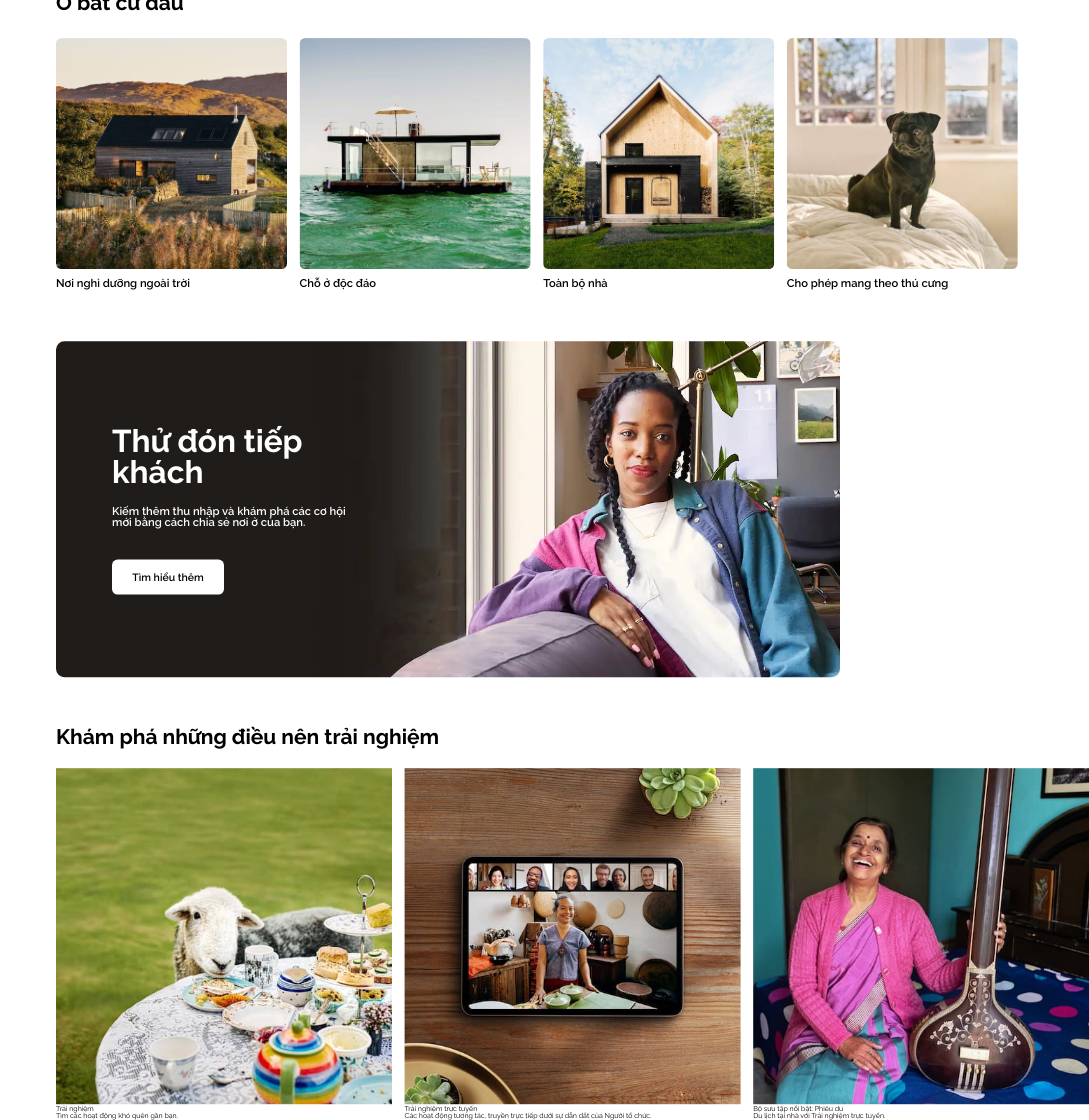
Repository: vanntrong/airbnb-clone
Page: index.html
The author's editor kept a copy of each file at every save. The page is drawn from the files as they stood at one save, then again after the next save.
The browser window is 1280 px wide. The page is 1556 px wide, then 1454 px, so the pictures cover 1556 px, including what lies to the right of the window. The pictures show the part of the page from y = 728 to 2328 px (the page is 2328 px tall before and 2288 px after), at 70% of full size.

Above is the page before, as saved 2021-09-22 19:33:30.

### index.html
<!DOCTYPE html>
<html lang="en">
  <head>
    <meta charset="UTF-8" />
    <meta http-equiv="X-UA-Compatible" content="IE=edge" />
    <meta name="viewport" content="width=device-width, initial-scale=1.0" />
    <title>AirBnB</title>
    <link href="https://fonts.googleapis.com/css2?family=Material+Icons" rel="stylesheet" />
    <link rel="preconnect" href="https://fonts.googleapis.com" />
    <link rel="preconnect" href="https://fonts.gstatic.com" crossorigin />
    <link rel="preconnect" href="https://fonts.googleapis.com" />
    <link rel="preconnect" href="https://fonts.gstatic.com" crossorigin />
    <link
      href="https://fonts.googleapis.com/css2?family=Raleway:wght@200;300;400;500;600;700&display=swap"
      rel="stylesheet"
    />
    <link href="https://fonts.googleapis.com/css2?family=Material+Icons+Outlined" rel="stylesheet" />
    <link href="https://fonts.googleapis.com/css2?family=Material+Icons+Round" rel="stylesheet" />
    <link href="https://fonts.googleapis.com/css2?family=Material+Icons+Sharp" rel="stylesheet" />
    <link href="https://fonts.googleapis.com/css2?family=Material+Icons+Two+Tone" rel="stylesheet" />
    <link rel="stylesheet" href="./assets/css/reset.css" />
    <link rel="stylesheet" href="./assets/css/base.css" />
    <link rel="stylesheet" href="./assets/css/style.css" />
  </head>
  <body>
    <header class="header">
      <div class="header__covid">
        <a href="https://covid19.gov.vn/">Nhận thông tin mới nhất về biện pháp ứng phó COVID-19 của chúng tôi</a>
      </div>
      <div class="header__container">
        <nav class="header__nav">
          <div class="header__logo">
            <a href="" class="header__logo-link">
              <img src="./assets/images/logo.png" alt="Logo AirBnb" class="header__logo-img" />
              <span class="header__logo-name">airbnb</span>
            </a>
          </div>
          <div class="header__exp">
            <ul class="header__exp-list">
              <li class="header__exp-item">
                <div class="header-exp-link active">Nơi ở</div>
              </li>
              <li class="header__exp-item">
                <div class="header-exp-link">Trải nghiệm</div>
              </li>
              <li class="header__exp-item">
                <div class="header-exp-link">Trải nghiệm trực tuyến</div>
              </li>
            </ul>
          </div>
          <div class="header__user">
            <div class="header__user-register">
              <span>Trở thành chủ nhà</span>
            </div>
            <div class="header__user-language">
              <span class="material-icons-outlined"> language </span>
            </div>
            <div class="header__user-menu">
              <span class="material-icons-outlined header__user-icon"> menu </span>
              <img src="./assets/images/user-avatar.png" class="header__user-avatar" />
            </div>
          </div>
        </nav>

        <div class="header__search">
          <div class="header__search-place">
            <h4 class="header__search-text">Địa điểm</h4>
            <input type="text" placeholder="Bạn sắp đi đâu ?" class="header__search-input" />
          </div>
          <div class="header__search-room">
            <h4 class="header__search-text">Nhận phòng</h4>
            <p class="header__add-date">Thêm ngày</p>
          </div>
          <div class="header__search-room">
            <h4 class="header__search-text">Trả phòng</h4>
            <p class="header__add-date">Thêm ngày</p>
          </div>
          <div class="header__search-guest">
            <div class="header__search-wrapper">
              <h4 class="header__search-text">Khách</h4>
              <p class="header__add-date">Thêm khách</p>
            </div>
            <div class="header-guest-search">
              <span class="material-icons-outlined"> search </span>
              <!-- <p class="header-guest-text">Tìm kiếm</p> -->
            </div>
          </div>
        </div>

        <div class="header__title">
          <h2 class="header__title-text">Bạn chưa biết nên đi đâu? Tuyệt!</h2>
          <div class="header__title-btn"><span>Tìm kiếm linh hoạt</span></div>
        </div>
      </div>
    </header>
    <div class="banner">
      <h2 class="banner__heading">Ở bất cứ đâu</h2>
      <div class="banner__container">
        <ul class="banner__list">
          <li class="banner__item">
            <img src="./assets/images/banner/banner1.png" class="banner__item-img" />
            <span class="banner__item-text">Nơi nghỉ dưỡng ngoài trời</span>
          </li>
          <li class="banner__item">
            <img src="./assets/images/banner/banner2.png" class="banner__item-img" />
            <span class="banner__item-text">Chỗ ở độc đáo</span>
          </li>
          <li class="banner__item">
            <img src="./assets/images/banner/banner3.png" class="banner__item-img" />
            <span class="banner__item-text">Toàn bộ nhà</span>
          </li>
          <li class="banner__item">
            <img src="./assets/images/banner/banner4.png" class="banner__item-img" />
            <span class="banner__item-text">Cho phép mang theo thú cưng</span>
          </li>
        </ul>
      </div>
    </div>
    <div class="container">
      <div class="container__top">
        <div class="container__top-title">
          <h2 class="container-title-heading">Thử đón tiếp khách</h2>
          <p class="container-title-text">
            Kiếm thêm thu nhập và khám phá các cơ hội mới bằng cách chia sẻ nơi ở của bạn.
          </p>
          <div class="container-title-btn"><span>Tìm hiểu thêm</span></div>
        </div>
      </div>
      <div class="container__bottom">
        <h2 class="container__bottom-heading">Khám phá những điều nên trải nghiệm</h2>
        <ul class="container__bottom-list">
          <li class="container__bottom-item">
            <img src="./assets/images/container/container__item-1.png" class="container__item-img" />
            <h4 class="container__item-heading">Trải nghiệm</h4>
            <p class="container__item-text">Tìm các hoạt động khó quên gần bạn.</p>
          </li>
          <li class="container__bottom-item">
            <img src="./assets/images/container/container__item-2.png" class="container__item-img" />
            <h4 class="container__item-heading">Trải nghiệm trực tuyến</h4>
            <p class="container__item-text">
              Các hoạt động tương tác, truyền trực tiếp dưới sự dẫn dắt của Người tổ chức.
            </p>
          </li>
          <li class="container__bottom-item">
            <img src="./assets/images/container/container__item-3.png" class="container__item-img" />
            <h4 class="container__item-heading">Bộ sưu tập nổi bật: Phiêu du</h4>
            <p class="container__item-text">Du lịch tại nhà với Trải nghiệm trực tuyến.</p>
          </li>
        </ul>
      </div>
    </div>
    <footer class="footer"></footer>
  </body>
</html>

### assets/css/base.css
html {
  font-family: "Raleway", sans-serif;
  font-size: 62.5%;
}
* {
  box-sizing: border-box;
}

:root {
  --text-color: #484848;
}

### assets/css/style.css
.header {
  width: 100%;
}

.header__covid {
  width: 100%;
  height: 58px;
  background-color: #222;
}

.header__covid a {
  display: inline-block;
  position: relative;
  left: 50%;
  top: 50%;
  transform: translate(-50%, -50%);
  color: #a3a3a3;
  font-size: 1.5rem;
  font-weight: 400;
}

.header__covid a:hover {
  color: #5c5c5c;
}

.header__container {
  width: 100%;
  background-image: url("../images/background.jpg");
  background-size: contain;
  height: 620px;
}

.header__nav {
  padding: 16px 80px;
  display: flex;
  align-items: flex-start;
  justify-content: space-between;
}

.header__logo {
}

.header__logo-link {
  text-decoration: none;
  color: #fff;
  font-size: 2.4rem;
  display: flex;
  align-items: center;
  font-weight: 600;
}

.header__logo-img {
  width: 40px;
  height: 46px;
  margin-right: 6px;
}

.header__exp {
  margin-top: 10px;
  margin-left: 175px;
}

.header__exp-list {
  display: flex;
  align-items: center;
}

.header-exp-link {
  color: #fff;
  font-size: 1.6rem;
  font-weight: 400;
  margin: 0 12px;
  position: relative;
  cursor: pointer;
}

.header-exp-link::after {
  content: "";
  position: absolute;
  width: 18px;
  height: 2px;
  bottom: -13px;
  left: 50%;
  transform: translateX(-50%);
  background-color: #fff;
  display: none;
}

.header-exp-link:hover {
  display: block;
  opacity: 0.6;
}

.header-exp-link:hover::after {
  display: block;
}

.header-exp-link.active::after {
  display: block;
  opacity: unset;
}

.active:hover {
  opacity: unset;
  cursor: default;
}

.header__user {
  display: flex;
  align-items: center;
}

.header__user-register {
  font-size: 1.4rem;
  font-weight: 600;
  padding: 16px;
  border-radius: 35px;
  margin-right: 10px;
  color: #fff;
}

.header__user-register:hover {
  background: rgba(238, 238, 238, 0.2);
  cursor: pointer;
}

.header__user-language {
  color: #fff;
  padding: 16px;
  margin: 0 12px 0 -14px;
  border-radius: 35px;
}

.header__user-language:hover {
  background: rgba(238, 238, 238, 0.2);
  cursor: pointer;
}

.header__user-language span {
  font-size: 2rem;
}

.header__user-menu {
  display: flex;
  align-items: center;
  padding: 4px;
  background-color: #fff;
  border-radius: 25px;
  cursor: pointer;
  border: 1px solid rgba(221, 221, 221, 0.8);
}

.header__user-icon {
  padding: 4px 6px 4px 10px;
}

.header__user-avatar {
  width: 32px;
}

.header__search {
  display: flex;
  align-items: center;
  justify-content: space-between;
  max-width: 850px;
  margin: auto;
  background-color: #fff;
  border-radius: 35px;
  /* box-shadow: 0 2px 2px #d0d0b7; */
}

.header__search-place {
  flex-grow: 2;
  padding: 16px 24px;
  height: 100%;
  position: relative;
}

.header__search-place::after {
  content: "";
  width: 0.5px;
  height: 50%;
  position: absolute;
  background-color: #ddd;
  top: 50%;
  transform: translateY(-50%);
  right: 0;
  display: block;
}

.header__search-place:hover {
  background-color: #eee;
  border-radius: 40px;
  cursor: pointer;
}

.header__search-place:hover::after {
  display: none;
}

.header__search-text {
  font-size: 1.2rem;
  font-weight: 700;
  margin-bottom: 6px;
}

.header__search-input {
  width: 100%;
  border: none;
  background-color: transparent;
  font-size: 1.4rem;
  outline: none;
}

.header__search-room {
  flex-grow: 1;
  height: 100%;
  padding: 16px 24px;
  position: relative;
}

.header__search-room::after {
  content: "";
  position: absolute;
  background-color: #ddd;
  width: 1px;
  height: 50%;
  top: 50%;
  right: 0;
  transform: translateY(-50%);
  display: block;
}

.header__search-room:hover {
  background-color: #eee;
  border-radius: 40px;
  cursor: pointer;
}

.header__search-room:hover::after {
  display: none;
}

.header__add-date {
  font-size: 1.3rem;
  color: var(--text-color);
}

.header__search-guest {
  height: 100%;
  flex-grow: 1;
  display: flex;
  justify-content: space-between;
  align-items: center;
}

.header__search-guest:hover {
  background-color: #eee;
  border-radius: 40px;
  cursor: pointer;
}

.header__search-wrapper {
  padding: 16px 24px;
}

.header-guest-search {
  background-color: #ff385c;
  color: #fff;
  width: 48px;
  height: 48px;
  border-radius: 40px;
  padding: 16px 24px;
  margin-right: 8px;
}

.header-guest-search span {
  display: inline-block;
  position: relative;
  left: 50%;
  top: 50%;
  transform: translate(-50%, -50%);
}

.header__title {
  margin-top: 185px;
  position: relative;
  left: 50%;
  transform: translateX(-50%);
  display: inline-block;
  cursor: pointer;
}
.header__title-text {
  font-size: 1.8rem;
  font-weight: 600;
}
.header__title-btn {
  margin-top: 20px;
  text-align: center;
  width: 100%;
  height: 60px;
  background-color: #fff;
  border-radius: 40px;
  box-shadow: 4px 4px 10px rgb(0 0 0 / 10%);
  display: flex;
  align-items: center;
  justify-content: center;
}
.header__title-btn span {
  display: block;
  font-size: 1.8rem;
  font-weight: 700;
  background-image: linear-gradient(0.25turn, #70019c, #ad0186);
  /* fill color text */
  background-clip: text;
  -webkit-background-clip: text;
  -webkit-text-fill-color: transparent;
}

.banner {
  margin-top: 40px;
  padding: 0 80px;
}

.banner__heading {
  margin-bottom: 35px;
  font-size: 3rem;
  font-weight: 700;
}

.banner__list {
  display: flex;
  align-items: center;
  justify-content: space-between;
}

.banner__item {
  margin-right: 18px;
  cursor: pointer;
}

.banner__item-img {
  width: 330px;
  border-radius: 8px;
}

.banner__item-text {
  margin-top: 10px;
  display: block;
  font-size: 1.6rem;
  font-weight: 600;
}

.container {
  padding: 0 80px;
}

.container__top {
  margin-top: 75px;
  height: 480px;
  background: url("../images/container/container__background.png");
  background-size: cover;
  background-repeat: no-repeat;
  border-radius: 12px;
  overflow: hidden;
}

.container__top-title {
  width: 365px;
  height: 245px;
  margin-top: 120px;
  margin-left: 80px;
  color: #fff;
}

.container-title-heading {
  font-size: 4.5rem;
  font-weight: 700;
  margin-bottom: 25px;
}

.container-title-text {
  font-size: 1.6rem;
  font-weight: 600;
}

.container-title-btn {
  margin-top: 45px;
  width: 160px;
  height: 50px;
  text-align: center;
  background-color: #fff;
  color: #000;
  display: flex;
  align-items: center;
  justify-content: center;
  font-size: 1.5rem;
  font-weight: 600;
  border-radius: 8px;
}

.container__bottom {
  margin-top: 70px;
}

.container__bottom-heading {
  font-size: 3rem;
  font-weight: 700;
  margin-bottom: 30px;
}

.container__bottom-list {
  display: flex;
  align-items: center;
}

.container__bottom-item {
  margin-right: 18px;
}

Loaded but not shown: assets/css/reset.css (common file)

After the next save:
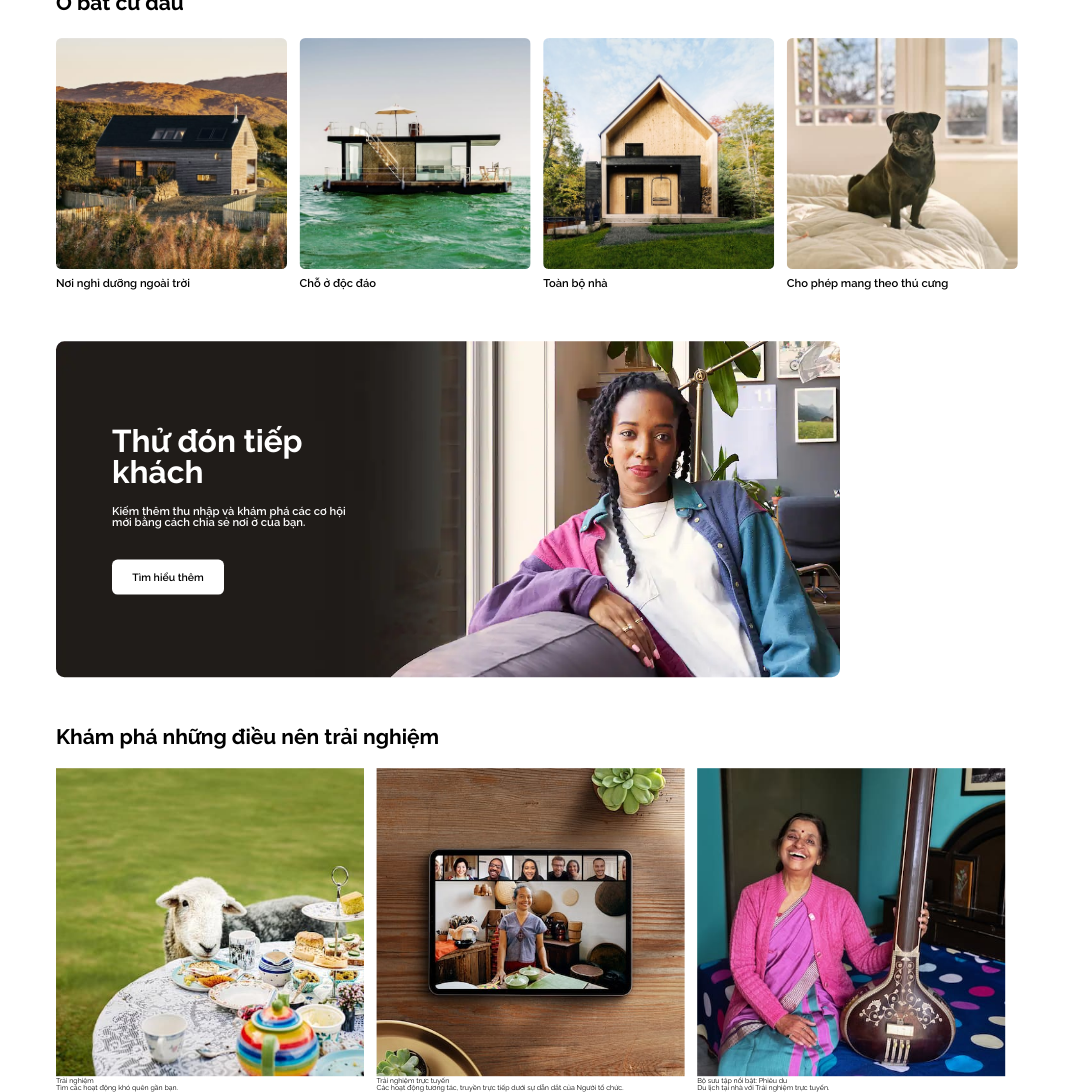
Saved 26 s later.
--- a/assets/css/style.css
+++ b/assets/css/style.css
@@ -417,3 +417,7 @@
 .container__bottom-item {
   margin-right: 18px;
 }
+
+.container__item-img {
+  width: 440px;
+}
